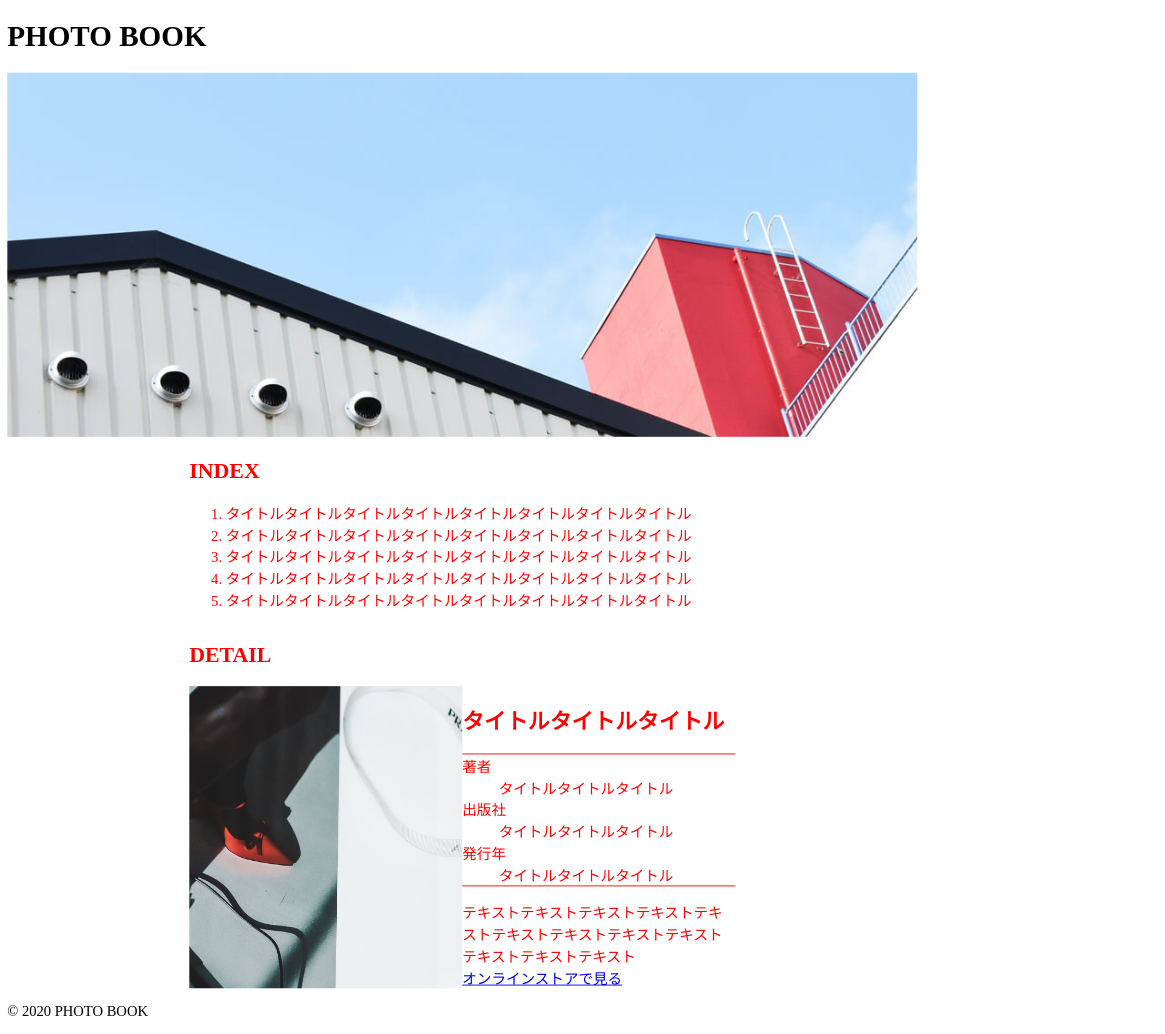
Repository: daytime/LP-study
Page: photo_book/index.html
These files come from the project's save history. The page is drawn as it stood at one moment and after the next save; the edit follows.
The browser window is 1280 px wide. The pictures show the whole page, at 91% of full size.

Above is the page before, as saved 2025-02-03 12:54:57.

After the next save:
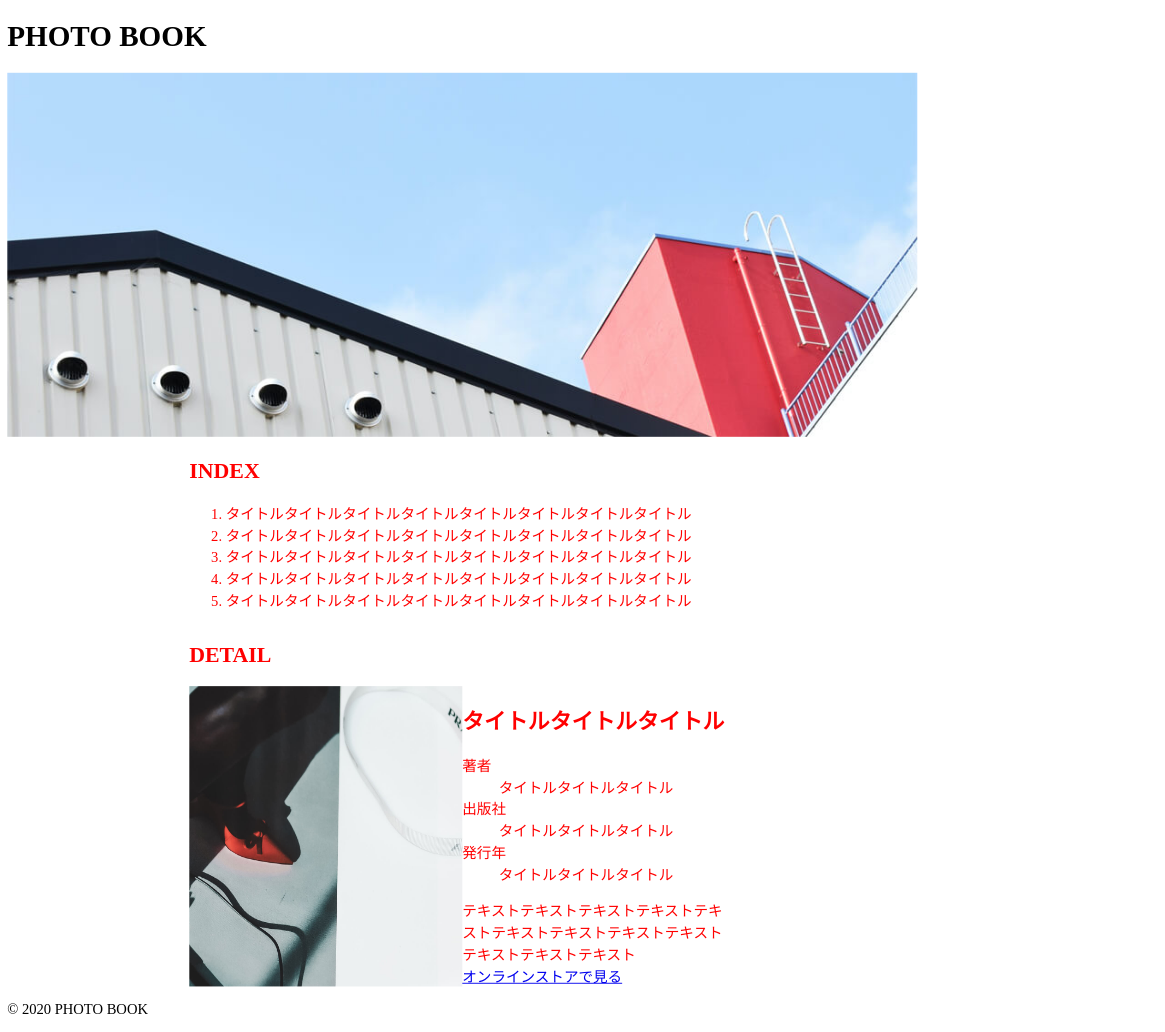
Saved 21 s later.
--- a/photo_book/style.css
+++ b/photo_book/style.css
@@ -30,7 +30,7 @@
   flex-direction: row;
 }
 
-dl {
+.dl {
   border-top: solid 1px;
   border-bottom: solid 1px;
 }
